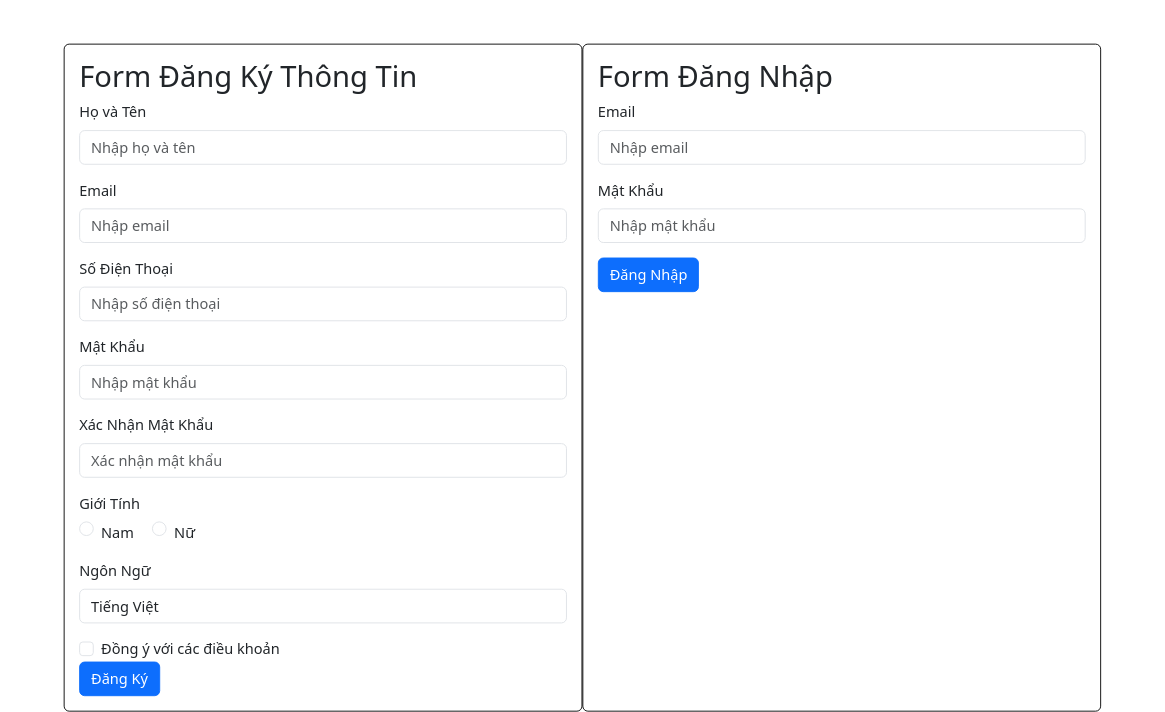
Repository: KizukoHeiwa/SOF308
Page: Lab2/bai2.html
An editor plug-in stored every save of this project. The page is shown before and after a run of saves, followed by the edit.
The browser window is 1280 px wide. The pictures show the whole page, at 91% of full size.

Above is the page before, as saved 2024-11-07 10:15:29.

### Lab2/bai2.html
<!DOCTYPE html>
<html lang="vi">

<head>
    <meta charset="UTF-8">
    <meta name="viewport" content="width=device-width, initial-scale=1.0">
    <title>FPT Polytechnic</title>
    <link href="https://maxcdn.bootstrapcdn.com/bootstrap/4.5.2/css/bootstrap.min.css" rel="stylesheet">
</head>
<link href="https://cdn.jsdelivr.net/npm/bootstrap@5.3.3/dist/css/bootstrap.min.css" rel="stylesheet">
<link rel="stylesheet" href="https://cdnjs.cloudflare.com/ajax/libs/font-awesome/6.0.0-beta3/css/all.min.css">
<script src="https://cdn.jsdelivr.net/npm/bootstrap@5.3.3/dist/js/bootstrap.bundle.min.js"></script>

<body>
    <div class="container mt-5">
        <div class="row">
            <!-- Đăng ký -->
            <div class="col-md-6 border border-black rounded p-3">
                <h2>Form Đăng Ký Thông Tin</h2>
                <form>
                    <div class="form-group">
                        <label for="fullName">Họ và Tên</label>
                        <input type="text" class="form-control" id="fullName" placeholder="Nhập họ và tên">
                    </div>
                    <div class="form-group">
                        <label for="email">Email</label>
                        <input type="email" class="form-control" id="email" placeholder="Nhập email">
                    </div>
                    <div class="form-group">
                        <label for="phoneNumber">Số Điện Thoại</label>
                        <input type="text" class="form-control" id="phoneNumber" placeholder="Nhập số điện thoại">
                    </div>
                    <div class="form-group">
                        <label for="password">Mật Khẩu</label>
                        <input type="password" class="form-control" id="password" placeholder="Nhập mật khẩu">
                    </div>
                    <div class="form-group">
                        <label for="confirmPassword">Xác Nhận Mật Khẩu</label>
                        <input type="password" class="form-control" id="confirmPassword"
                            placeholder="Xác nhận mật khẩu">
                    </div>
                    <div class="form-group">
                        <label>Giới Tính</label><br>
                        <div class="form-check form-check-inline">
                            <input class="form-check-input" type="radio" name="gender" id="genderMale" value="male">
                            <label class="form-check-label" for="genderMale">Nam</label>
                        </div>
                        <div class="form-check form-check-inline">
                            <input class="form-check-input" type="radio" name="gender" id="genderFemale" value="female">
                            <label class="form-check-label" for="genderFemale">Nữ</label>
                        </div>
                    </div>
                    <div class="form-group">
                        <label for="language">Ngôn Ngữ</label>
                        <select class="form-control" id="language">
                            <option>Tiếng Việt</option>
                            <option>English</option>
                        </select>
                    </div>
                    <div class="form-group form-check">
                        <input type="checkbox" class="form-check-input" id="agreeTerms">
                        <label class="form-check-label" for="agreeTerms">Đồng ý với các điều khoản</label>
                    </div>
                    <button type="submit" class="btn btn-primary">Đăng Ký</button>
                </form>
            </div>

            <!-- Đăng nhập -->
            <div class="col-md-6 border border-black rounded p-3">
                <h2>Form Đăng Nhập</h2>
                <form>
                    <div class="form-group">
                        <label for="loginEmail">Email</label>
                        <input type="email" class="form-control" id="loginEmail" placeholder="Nhập email">
                    </div>
                    <div class="form-group">
                        <label for="loginPassword">Mật Khẩu</label>
                        <input type="password" class="form-control" id="loginPassword" placeholder="Nhập mật khẩu">
                    </div>
                    <button type="submit" class="btn btn-primary">Đăng Nhập</button>
                </form>
            </div>
        </div>
    </div>


</body>

</html>

After the next 2 saves:
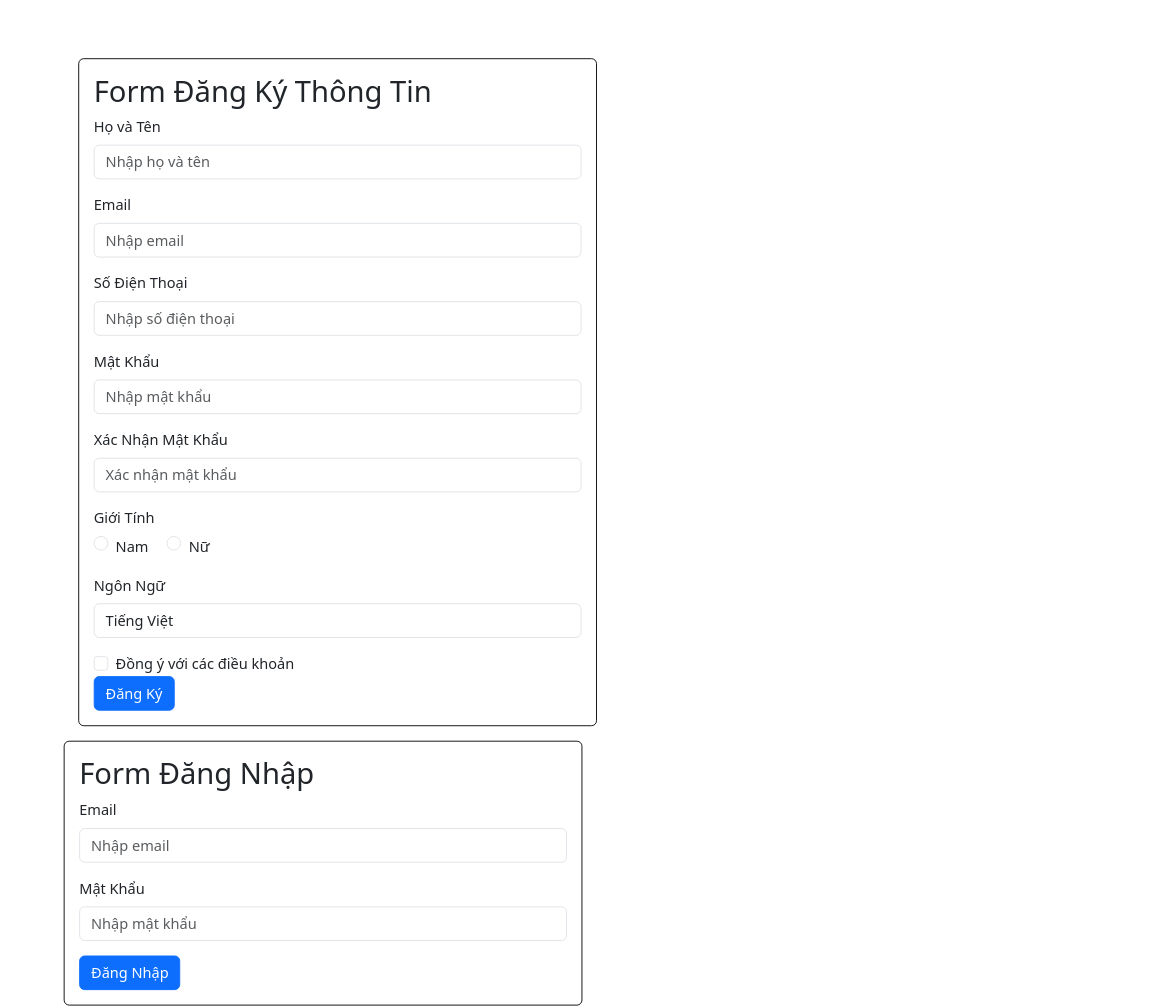
The 2 saves are shown as one change because they came seconds apart.
The last was saved 15 s later.
--- a/Lab2/bai2.html
+++ b/Lab2/bai2.html
@@ -15,7 +15,7 @@
     <div class="container mt-5">
         <div class="row">
             <!-- Đăng ký -->
-            <div class="col-md-6 border border-black rounded p-3">
+            <div class="col-md-6 border border-black rounded p-3 m-3">
                 <h2>Form Đăng Ký Thông Tin</h2>
                 <form>
                     <div class="form-group">

After the 2 saves that followed:
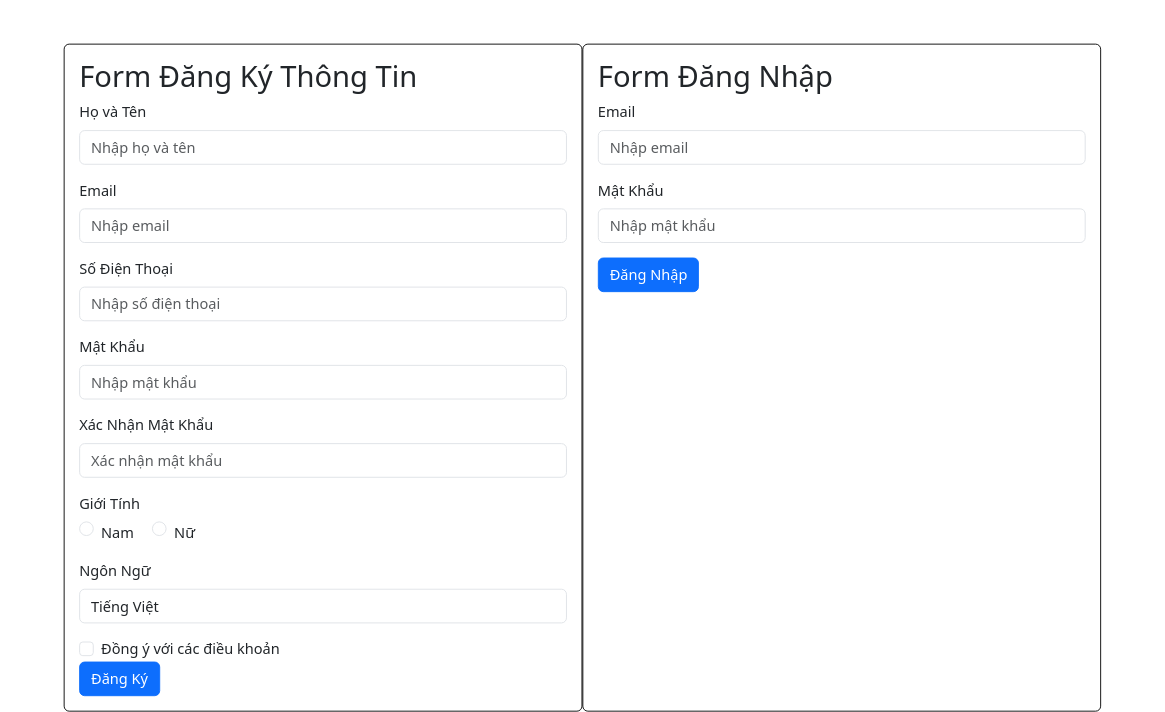
The 2 saves are shown as one change because they came seconds apart.
The last was saved 11 s later.
--- a/Lab2/bai2.html
+++ b/Lab2/bai2.html
@@ -15,7 +15,7 @@
     <div class="container mt-5">
         <div class="row">
             <!-- Đăng ký -->
-            <div class="col-md-6 border border-black rounded p-3 m-3">
+            <div class="col-md-6 border border-black rounded p-3 gap-5">
                 <h2>Form Đăng Ký Thông Tin</h2>
                 <form>
                     <div class="form-group">
